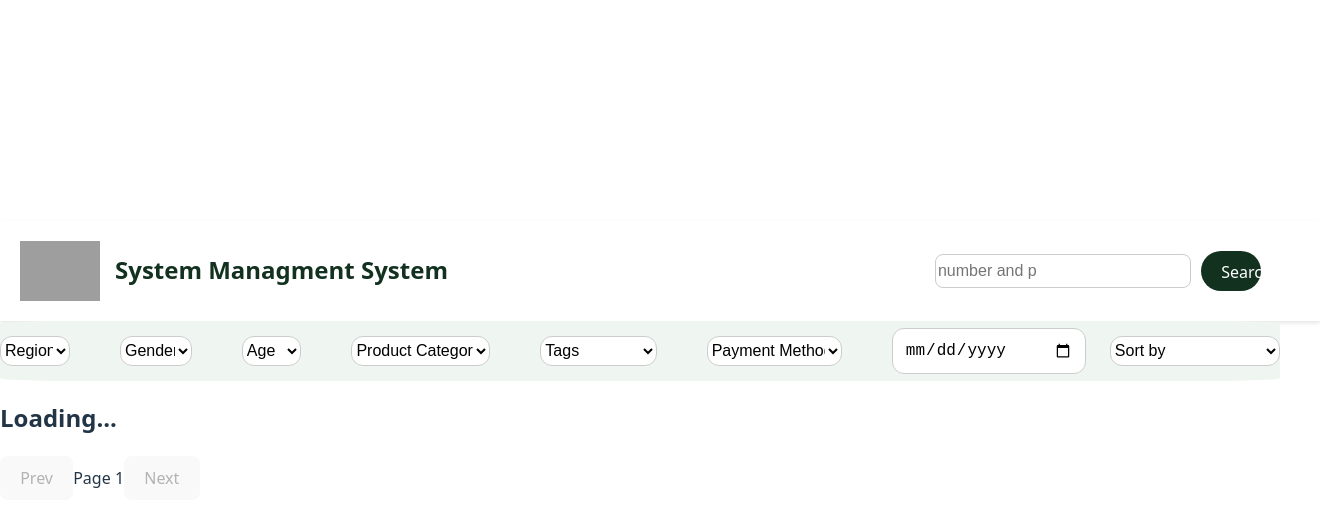
Repository: SandeepYadav18717/TruEstae
Page: / (app in TruEstae/)
An editor plug-in stored every save of this project. The page is shown before and after the next save, followed by the edit.
The browser window is 1280 px wide. The page is 1320 px wide, so the pictures cover 1320 px, including what lies to the right of the window. The pictures show the whole page.
Pictures or frames that could not be fetched are drawn as grey boxes. The page's requests for data from a server got no answer. The project was rebuilt for these pictures with package versions that can differ from the ones it lists, and the page was loaded fresh each time. No one was signed in, and anything a server would have sent is missing. Also part of the build but not shown: TruEstae/vite.config.js, TruEstae/src/App.css.

Above is the page before, as saved 2025-12-09 04:37:07.

After the next save:
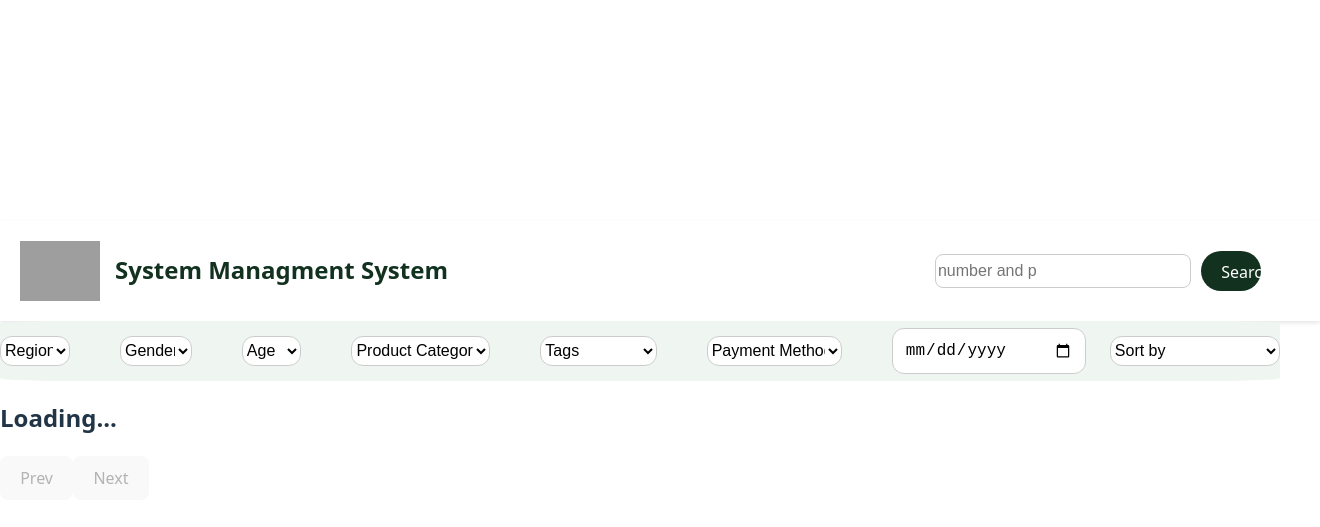
Saved 20 s later.
--- a/TruEstae/src/Pages/Home.jsx
+++ b/TruEstae/src/Pages/Home.jsx
@@ -159,7 +159,7 @@
           Prev
         </button>
 
-        <span>Page {filters.page}</span>
+
 
         <button
           disabled={data.length < filters.limit}

After the save that followed:
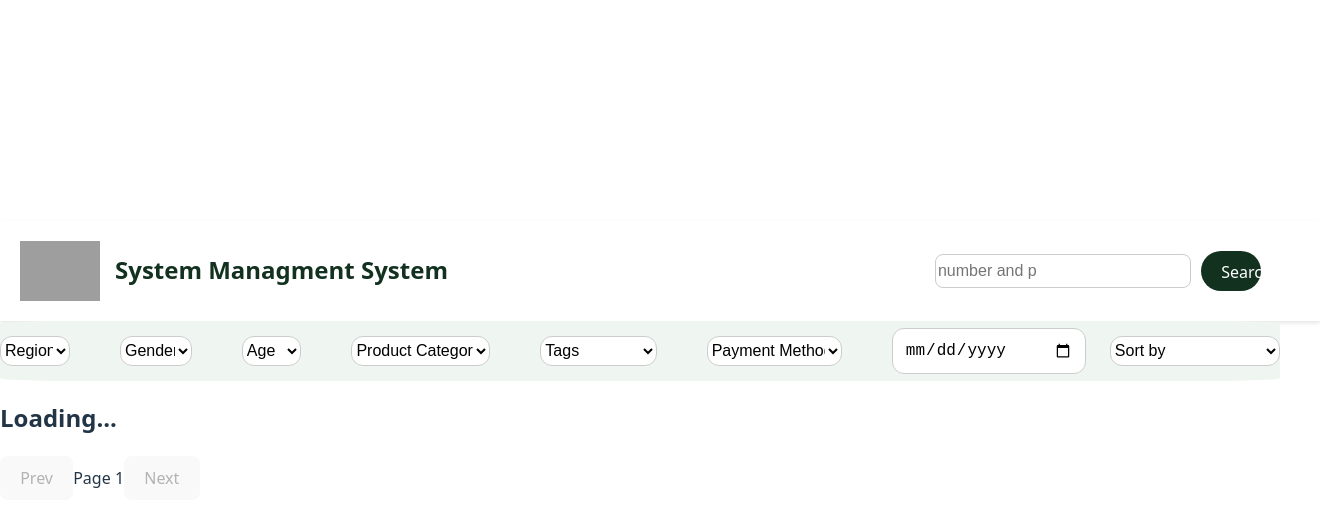
Saved 20 s later.
--- a/TruEstae/src/Pages/Home.jsx
+++ b/TruEstae/src/Pages/Home.jsx
@@ -159,7 +159,7 @@
           Prev
         </button>
 
-
+        <span>Page {filters.page}</span>
 
         <button
           disabled={data.length < filters.limit}
